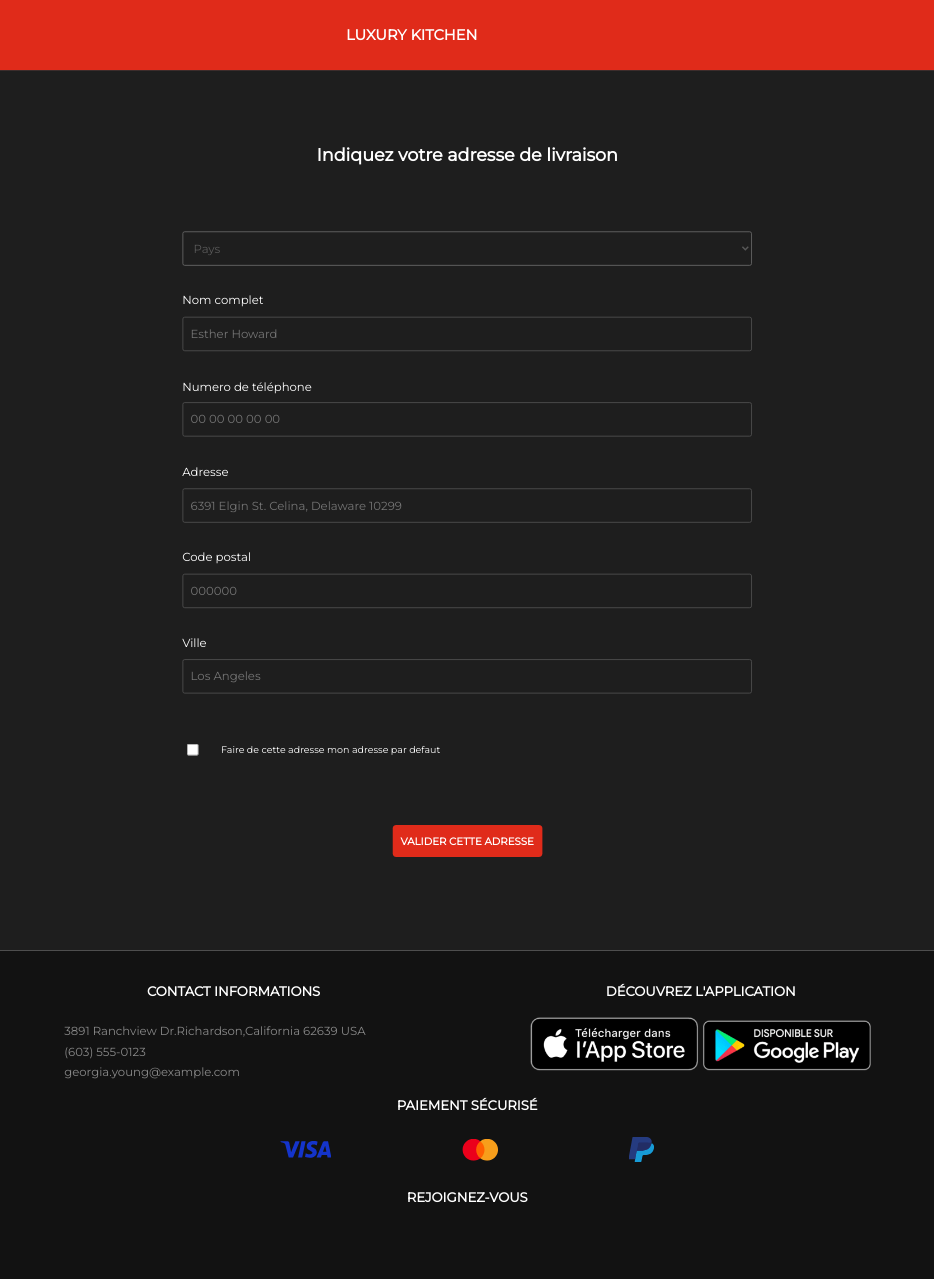
Repository: Juannpl/Luxury-Kicthen
Page: html/adresse.html
The author's editor kept a copy of each file at every save. The page is drawn from the files as they stood at one save, then again after a run of saves.
The browser window is 1280 px wide. The pictures show the whole page, at 73% of full size.
Some icons come from a web library that is not loaded, so they are not drawn.

Above is the page before, as saved 2023-02-17 09:54:45.

After the next 2 saves:
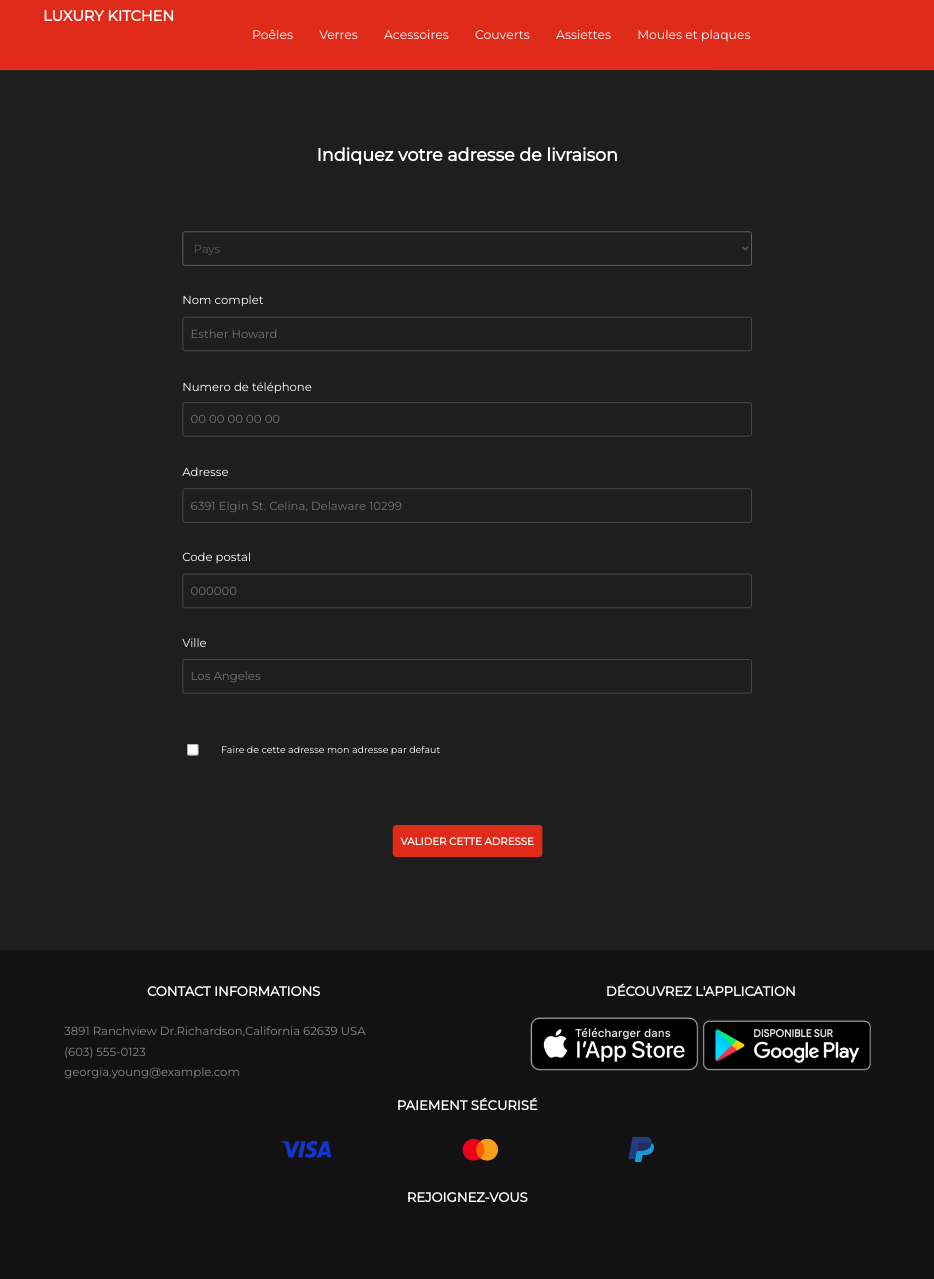
The 2 saves are shown as one change because they came seconds apart.
The last was saved 23 s later.
--- a/html/adresse.html
+++ b/html/adresse.html
@@ -14,19 +14,95 @@
 
 <body>
     <header class="header">
+        <!-- DEBUT DE NAV DESKTOP -->
         <nav class="nav_container row">
             <div class="logo">
                 <p>LUXURY KITCHEN</p>
+                <box-icon name='chevron-left' type='solid' color='#ffffff' size="lg"></box-icon>
+            </div>
+            <div class="barre_categorie">
+                <ul class="row">
+                    <li><a href="poêle.html">Poêles</a></li>
+                    <li><a href="verres.html">Verres</a></li>
+                    <li><a href="acessoire.html">Acessoires</a></li>
+                    <li><a href="couvert.html">Couverts</a></li>
+                    <li><a href="assiette.html">Assiettes</a></li>
+                    <li><a href="moule.html">Moules et plaques</a></li>
+                </ul>
             </div>
             <div class="nav_list">
                 <ul class="row">
-                    <li class="items_list"><box-icon name='shopping-bag' color='#ffffff' size='2rem'></box-icon></li>
-                    <li class="items_list"><box-icon name='user-circle' type='solid' color='#ffffff'
-                            size='2rem'></box-icon></li>
-                    <li class="items_list"><box-icon name='menu' color='#ffffff' size=2.5rem></box-icon></li>
+                    <li class="items_list">
+                        <box-icon name='shopping-bag' color='#ffffff' size='1.7rem'></box-icon>
+                    </li>
+                    <li class="items_list">
+                        <box-icon name='user-circle' type='solid' color='#ffffff' size='1.7rem'></box-icon>
+                    </li>
+                    <a id="openBtn">
+                        <li class="items_list">
+                            <box-icon name='menu' color='#ffffff' size=2.2rem></box-icon>
+                        </li>
+                    </a>
                 </ul>
             </div>
         </nav>
+        <!-- FIN DE NAV DESKTOP -->
+        <!-- COMMENCEMENT DE LA BARRE DE NAVIGATION MOBILE -->
+        <div id="transparent"></div>
+        <section id="barre_categorie_mobile">
+            <div id="closeBtn">
+                <box-icon name='x' color='#ffffff' size='3rem'></box-icon>
+            </div>
+            <div class="nav_contents row">
+                <div>
+                    <ul class="row">
+                        <li><a href="poêle.html">Poêles</a></li>
+                        <li><a href="verres.html">Verres</a></li>
+                        <li><a href="acessoire.html">Acessoires</a></li>
+                        <li><a href="couvert.html">Couverts</a></li>
+                        <li><a href="assiette.html">Assiettes</a></li>
+                        <li><a href="moule.html">Moules et plaques</a></li>
+                    </ul>
+                </div>
+                <div>
+                    <p class="opacityy">
+                        Devenez membre pour accéder au meilleur des produits.
+                    </p>
+                </div>
+                <div>
+                    <button type="button" class="btn-black">Nous rejoindre</button>
+                </div>
+                <div>
+                    <button type="button" class="btn-clear">S'identifier</button>
+                </div>
+                <div class="items">
+                    <div class="roww">
+                        <box-icon name='shopping-bag' color='#ffffff' size='1.7rem'></box-icon>
+                        <p>Panier</p>
+                    </div>
+                    <div class="roww">
+                        <box-icon type='solid' name='package' color='#ffffff' size='1.7rem'></box-icon>
+                        <p>Commande</p>
+                    </div>
+                    <div class="roww">
+                        <box-icon name='user-circle' type='solid' color='#ffffff' size='1.7rem'></box-icon>
+                        <p>Mon profil</p>
+                    </div>
+                </div>
+                <div class="reseaux row">
+                    <div class="sociaux">
+                        <box-icon name='facebook-circle' type='logo' color='#ffffff'></box-icon>
+                    </div>
+                    <div class="sociaux">
+                        <box-icon name='twitter' type='logo' color='#ffffff'></box-icon>
+                    </div>
+                    <div class="sociaux">
+                        <box-icon name='instagram-alt' type='logo' color='#ffffff'></box-icon>
+                    </div>
+                </div>
+            </div>
+        </section>
+        <!-- FIN DE LA BARRE DE NAVIGATION MOBILE -->
     </header>
     <main>
         <div class="adress-container">
@@ -88,7 +164,8 @@
                     <img src="../img/footer/Visa_2021.svg" class="logos" id="visa" alt="Le logo de visa">
                     <img src="../img/footer/Mastercard_2019_logo.svg" class="logos" id="mastercard"
                         alt="Le logo de mastercard">
-                    <img src="../img/footer/PayPal_Logo_Icon_2014.svg" class="logos" id="paypal" alt="Le logo de paypal ">
+                    <img src="../img/footer/PayPal_Logo_Icon_2014.svg" class="logos" id="paypal"
+                        alt="Le logo de paypal ">
                 </div>
             </div>
             <div class="social-media">
